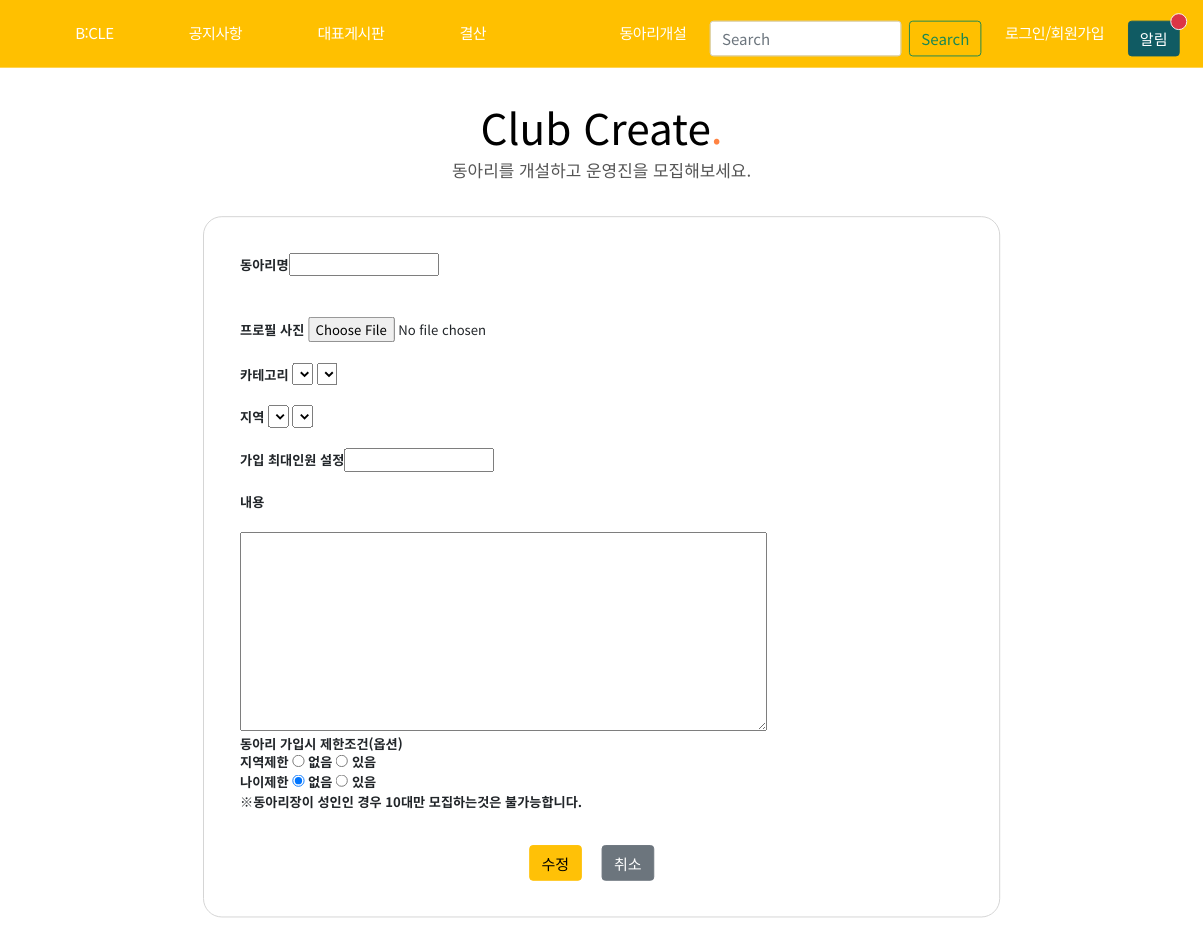
Repository: CHAEYUN7074/SpringProject
Page: http://localhost/viewpages/WEB-INF/view/PreClubUpdateForm.jsp
The author's editor kept a copy of each file at every save. The page is drawn from the files as they stood at one save, then again after the next save.
The browser window is 1280 px wide. The pictures show the whole page, at 94% of full size.
Some web fonts or font styles are not loaded; a fallback is used. The page is served by Tomcat 9. Nobody is signed in. The template is opened directly, without the code that normally fills it, so the values that code supplies are empty.

Above is the page before, as saved 2021-12-27 16:34:51.

After the next save:
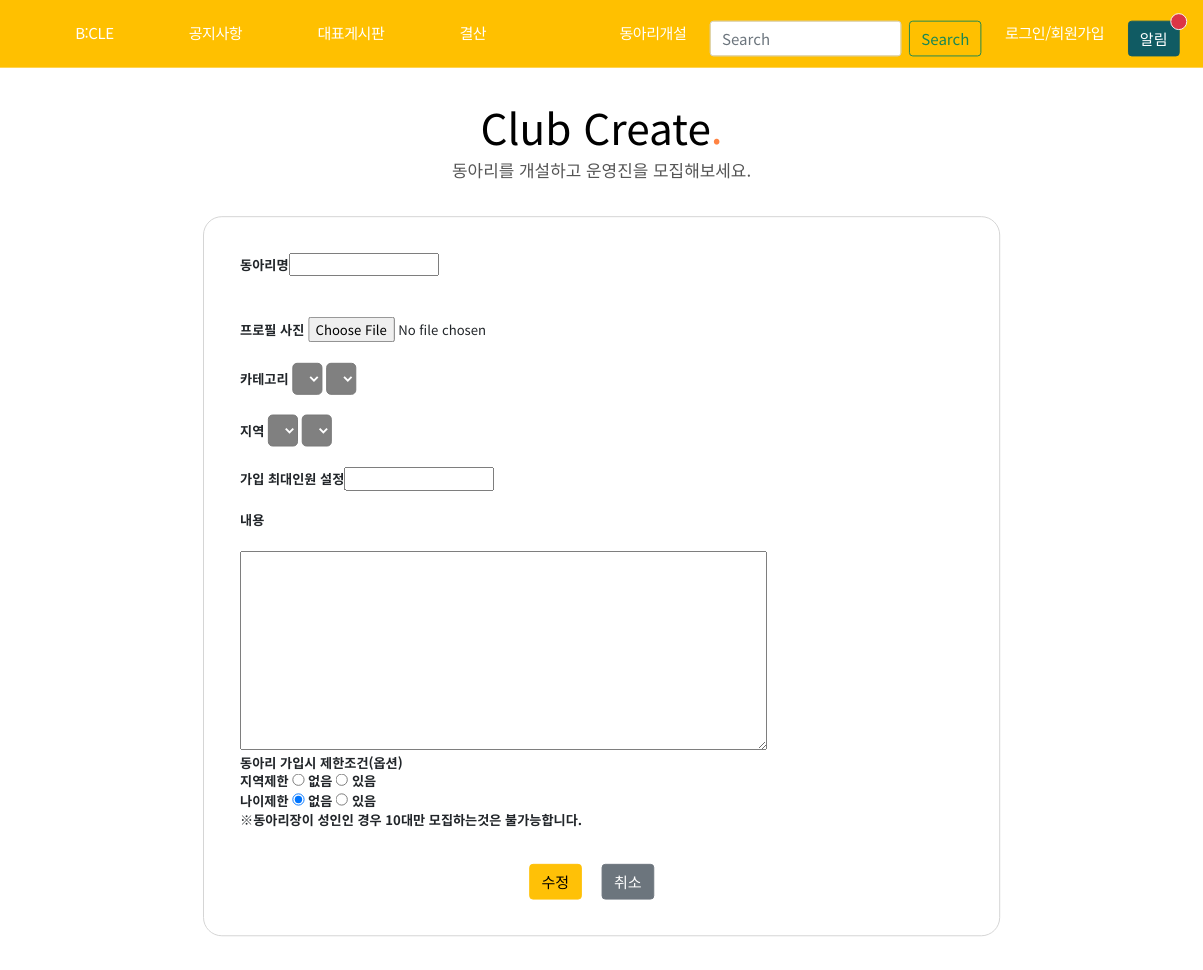
Saved 7 min 38 s later.
--- a/viewpages/WebContent/WEB-INF/view/PreClubUpdateForm.jsp
+++ b/viewpages/WebContent/WEB-INF/view/PreClubUpdateForm.jsp
@@ -34,7 +34,12 @@ section .name p {font-size: 18px; color: #555;}
 .button_set {display : flex; margin-left : 40%; margin-top : 5vh;}
 .button_set button {margin-right : 3vh;}
 
-
+select {
+    color: white;
+    background: gray;
+    border-radius: 5px;
+    padding: 5px;
+}
 
 </style>
 
